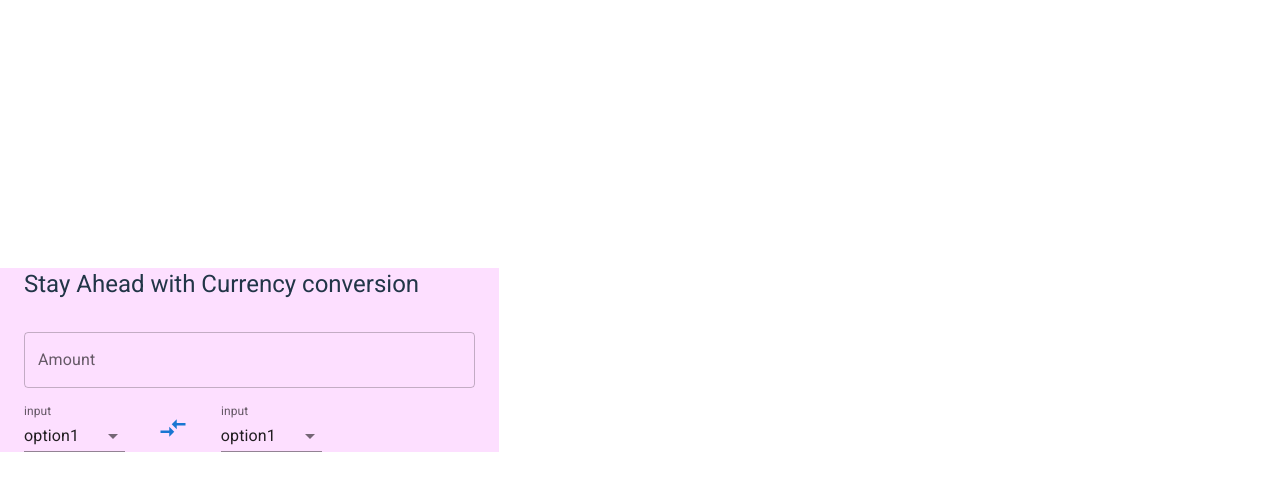
Repository: Asad-devv/CURRENCY
Page: /
An editor plug-in stored every save of this project. The page is shown before and after the next save, followed by the edit.
The browser window is 1280 px wide. The pictures show the whole page.
The project was rebuilt for these pictures with package versions that can differ from the ones it lists, and the page was loaded fresh each time. Also part of the build but not shown: craco.config.js.

Above is the page before, as saved 2023-03-01 22:24:49.

After the next save:
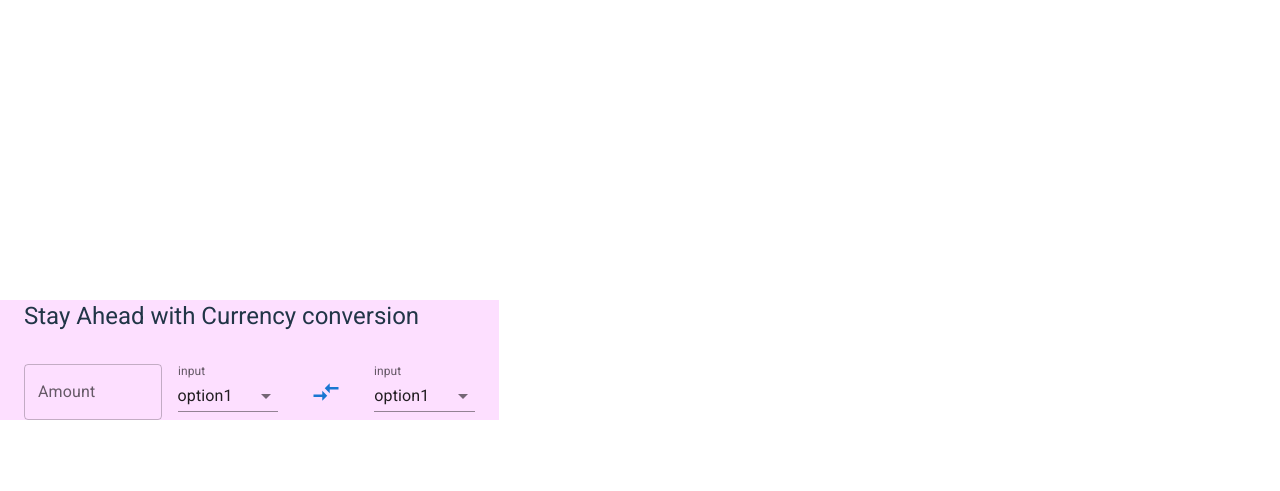
Saved 16 h 56 min later.
--- a/src/components/InputAmount.jsx
+++ b/src/components/InputAmount.jsx
@@ -3,7 +3,7 @@ import React from "react";
 import { Grid, TextField ,InputAdornment} from "@mui/material";
 const InputAmount = () => {
   return (
-    <Grid item xs={12}>
+    <Grid item xs={12} md>
       <TextField
         label="Amount"
         fullWidth
